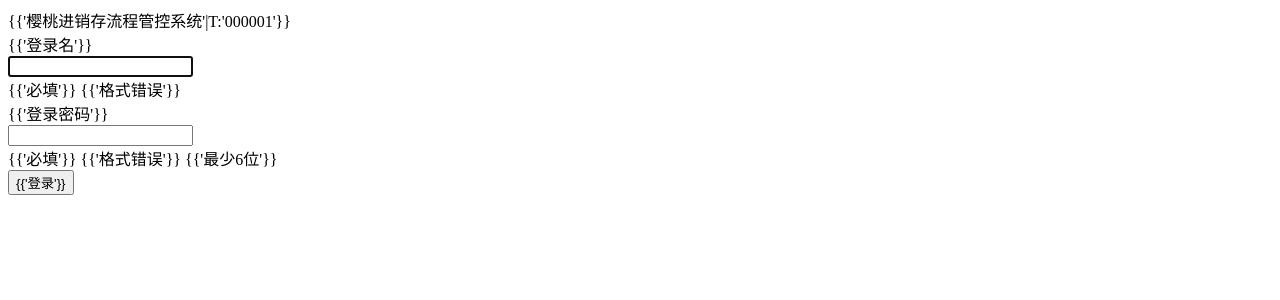
Repository: Anita-huang-001/cims
Page: cherry/mi_cims/mi_cims_admin/src/main/resources/static/view/login.html
The author's editor kept a copy of each file at every save. The page is drawn from the files as they stood at one save, then again after the next save.
The browser window is 1280 px wide. The pictures show the whole page.

Above is the page before, as saved 2021-02-04 06:08:18.

### cherry/mi_cims/mi_cims_admin/src/main/resources/static/view/login.html
<!-- 登录页面 -->
<div style = "backgroundcolor: red">

<div class="container-fluid login-page">
	<!-- 标题 -->
	<div class="row login-title text-center">
		<!-- 公司logo图片 -->
		<!-- <img alt="logo" src="image/logo.png">  -->
		<!-- 系统名称 -->
		<label class="login-title-label">{{'樱桃进销存流程管控系统'|T:'000001'}}</label>
	</div>
	<div class="row col-sm-6 col-sm-offset-3 col-lg-4 col-lg-offset-4">
		<div class="login-form">
			<!-- 登录表单 -->
			<form name="loginForm" class="form-horizontal" role="form"  novalidate>
				<!-- 用户名 -->
				<div class="form-group form-item-group">
					<label for="managerId" class="col-sm-3 form-input-label">{{'登录名'}}</label>
					<div class="col-sm-9">
						<!-- 用户名输入框 -->
						<input type="text" class="form-input form-control"
							id="managerId" name="managerId" data-ng-model="loginInfo.managerId"
							maxlength="32" data-ng-pattern="PATTERN.managerName" required autofocus>
						<!-- 用户名错误提示信息 -->
						<div data-ng-if="loginForm.managerId.$dirty">
							<span class="form-input-error" data-ng-show="loginForm.managerId.$error.required">{{'必填'}}</span>
							<span class="form-input-error" data-ng-show="loginForm.managerId.$error.pattern">{{'格式错误'}}</span>
						</div>
					</div>
				</div>
				<!-- 用户密码 -->
				<div class="form-group form-item-group">
					<label for="managerPwd" class="col-sm-3 form-input-label">{{'登录密码'}}</label>
					<div class="col-sm-9">
						<!-- 用户名输入框 -->
						<input type="password" class="form-input form-control" data-ng-keyup="managerPwdKeyup($event)"
							id="managerPwd" name="managerPwd" data-ng-model="loginInfo.managerPwd"
							data-ng-minlength="6"  maxlength="32" data-ng-pattern="PATTERN.managerPwd" required>
						<!-- 用户名错误提示信息 -->
						<div data-ng-if="loginForm.managerId.$dirty">
						<span class="form-input-error" data-ng-show="loginForm.managerPwd.$error.required">{{'必填'}}</span>
						<span class="form-input-error" data-ng-show="loginForm.managerPwd.$error.pattern">{{'格式错误'}}</span>
						<span class="form-input-error" data-ng-show="loginForm.managerPwd.$error.minlength">{{'最少6位'}}</span>
						</div>
					</div>
				</div>
				<div class="form-group form-item-group">
					<div class="col-sm-4 col-sm-offset-4">
						<!-- 登录按钮 -->
						<button type="button" id="loginBtn" class="form-bottom-button btn btn-success "
							data-ng-disabled="loginForm.$invalid" data-ng-click="login()">
							<span class="glyphicon glyphicon-log-in"></span>{{'登录'}}
						</button>
					</div>
				</div>
			</form>
		</div>
	</div>
</div>

</div>

After the next save:
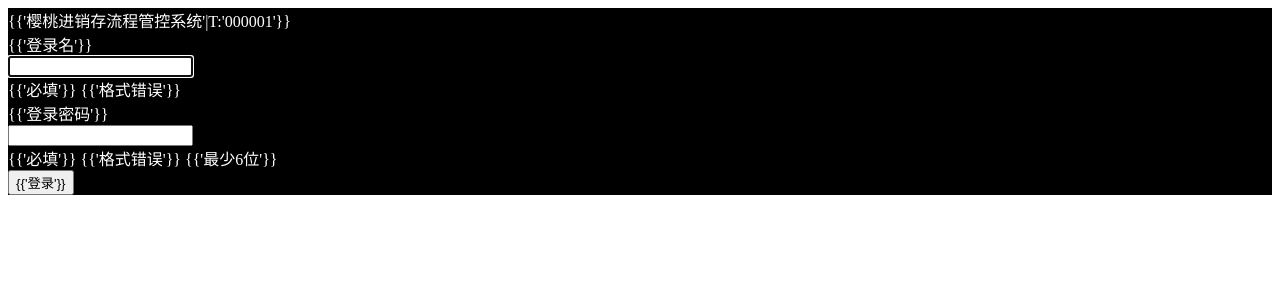
Saved 56 s later.
--- a/cherry/mi_cims/mi_cims_admin/src/main/resources/static/view/login.html
+++ b/cherry/mi_cims/mi_cims_admin/src/main/resources/static/view/login.html
@@ -1,5 +1,5 @@
 <!-- 登录页面 -->
-<div style = "backgroundcolor: red">
+<div style="background:#000; color:#FFF">
 
 <div class="container-fluid login-page">
 	<!-- 标题 -->
